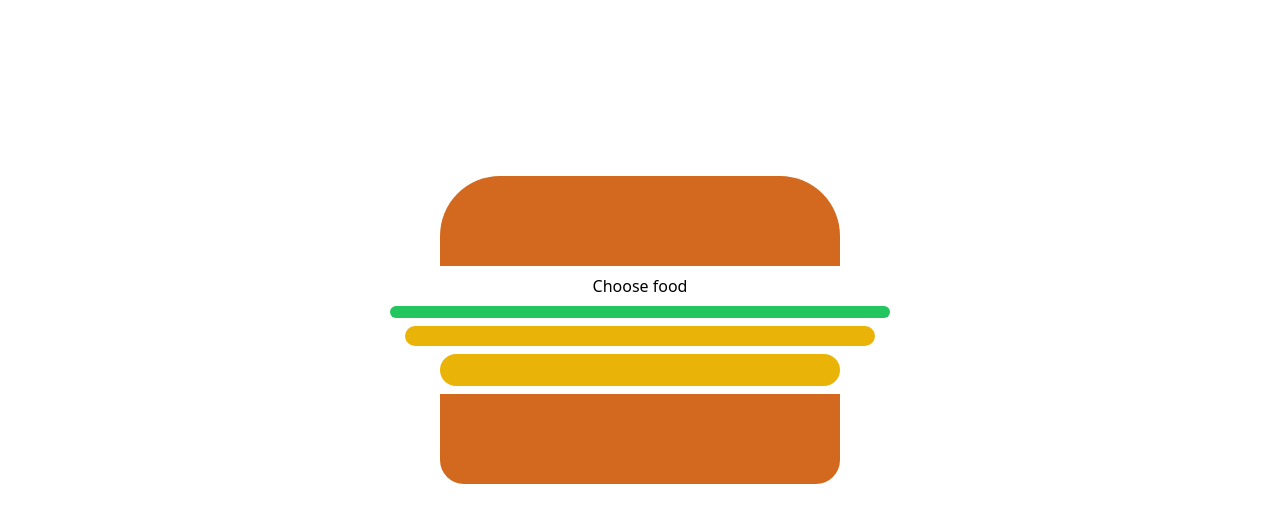
Repository: baobaodeveloper/bootcamp21_HuynhAnhBao_Burger
Page: /
These files come from the project's save history. The page is drawn as it stood at one moment and after the next save; the edit follows.
The browser window is 1280 px wide. The pictures show the whole page.
The project was rebuilt for these pictures with package versions that can differ from the ones it lists, and the page was loaded fresh each time. Also part of the build but not shown: vite.config.js.

Above is the page before, as saved 2022-05-15 16:47:19.

After the next save:
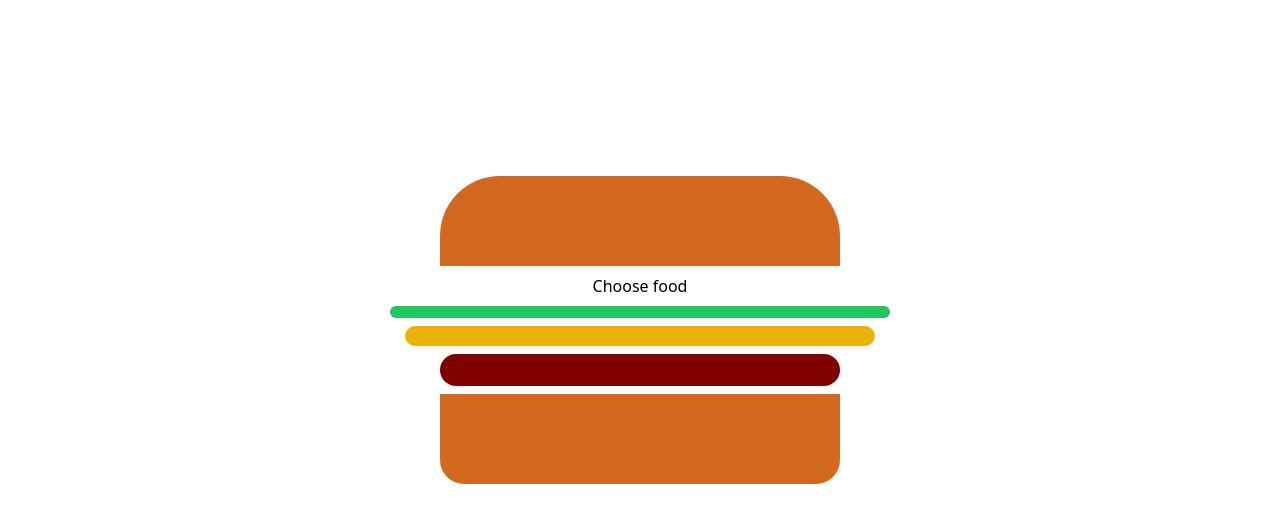
Saved 38 s later.
--- a/src/components/Burger.jsx
+++ b/src/components/Burger.jsx
@@ -12,7 +12,7 @@ export default function Burger() {
           {/* loop here */}
           <div className="h-3 bg-green-500 w-[500px] rounded-full"></div>
           <div className="h-5 bg-yellow-500 w-[470px] rounded-full"></div>
-          <div className="h-8 bg-yellow-500 w-[400px] rounded-full"></div>
+          <div className="h-8 bg-[#800000] w-[400px] rounded-full"></div>
 
           <div className="w-full bg-[#D2691E] h-[90px] rounded-br-3xl rounded-bl-3xl"></div>
         </div>
